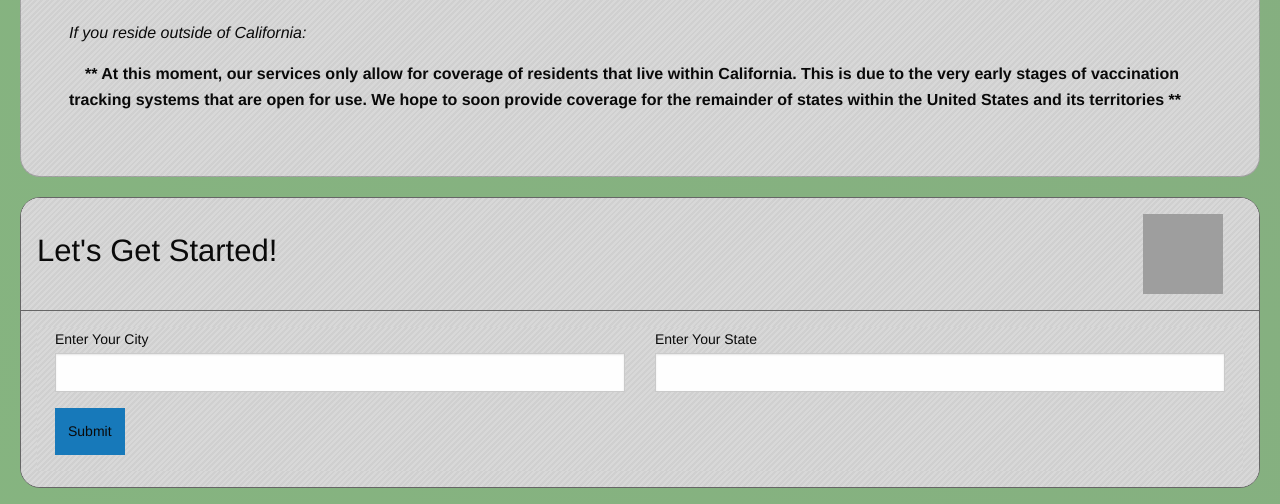
Repository: seddboi/Save-A-Shot
Page: index.html
The author's editor kept a copy of each file at every save. The page is drawn from the files as they stood at one save, then again after the next save.
The browser window is 1280 px wide. The pictures show the part of the page from y = 1208 to 1714 px (the page is 1712 px tall before and 1714 px after).
Pictures or frames that could not be fetched are drawn as grey boxes. A picture or video elsewhere on the page could not be fetched, so the positions and the page height are approximate. The page's requests for data from a server got no answer. Some web libraries are served in a nearby version.

Above is the page before, as saved 2021-03-19 19:33:14.

### index.html
<!DOCTYPE html>
<html lang="en">
  <head>
    <meta charset="UTF-8" />
    <meta name="viewport" content="width=device-width, initial-scale=1.0" />
    <meta http-equiv="X-UA-Compatible" content="ie=edge" />

    <link rel="stylesheet" href="https://pro.fontawesome.com/releases/v5.10.0/css/all.css"
    integrity="sha384-AYmEC3Yw5cVb3ZcuHtOA93w35dYTsvhLPVnYs9eStHfGJvOvKxVfELGroGkvsg+p"
    crossorigin="anonymous"
    />

    <link rel="stylesheet" href="https://cdn.jsdelivr.net/npm/foundation-sites@6.6.3/dist/css/foundation.min.css"
    integrity="sha256-ogmFxjqiTMnZhxCqVmcqTvjfe1Y/ec4WaRj/aQPvn+I="
    crossorigin="anonymous">

    <link rel="stylesheet" href="./assets/css/style.css" />
    <title>Save-A-Shot</title>
  </head>

  <body>
    <div class="top-bar">
      <div class="top-bar-left">
        <h5 class="menu-text"><strong>Save-A-Shot</strong></h5>
      </div>
      <div class="top-bar-right">
        <ul class="menu" id='menu'>
          <li><a href="#mission">About</a></li>
          <li><a href=#services>Services</a></li>
          <li><a href="#start-form">Get Started</a></li>
        </ul>
      </div>
    </div>

    <div class="main-title">
      <div class="main-title-text">
          <h1>Welcome to <br /><strong>Save-A-Shot</strong></h1>
      </div>
    </div>


    <div id ='mission' class="callout grid-x primary clearfix ">
      <div class='grid-x grid-padding-x align-spaced align-middle'>
        <div class='cell small-6'>
          <h3>Our Mission</h3>
          <p>&emsp;As the pandemic continues to spread wildly around us, we have all had to face the stress and uncertainty of how our safety and health could result in the end. So with Save-A-Shot, we wanted to create a universal mapping program that could assist in keeping you safe from the Coronavirus 2019. With the vaccine still being relatively new, there is much uncertainty and confusion of how and where you could get the vaccine. Whether it be for yourself or your loved ones, Save-A-Shot was made out to create a universal guide to locating and scheduling vaccination appointments, at the simple click of a button.</p>
        </div>
        <img id='get-vaccinated-gif' src="https://media.giphy.com/media/FO8CZ01HoTCA5ahQQq/giphy.gif">
      </div>
    </div>

    <div id='services' class="callout large primary">
      <div id='top-section-services' class='grid-x align-justify align-middle'>
        <img id='multi-vax-gif' class='large-order-1 medium-order-1 small-order-2' src='https://media.giphy.com/media/eCYMDIvccUYqNjTXHr/giphy.gif'>
        <div class='cell small-6 large-order-2 medium-order-2 small-order-1 grid-y'>
          <h3>How We Can Help</h3>
          <p><em>If you reside within California:</em>
            <ul>
              <li>We provide information on how widespread the virus is in your area</li>
              <li>We present a localized map of nearby clinics/hospitals/pharmacies that provide COVID 19 vaccination services</li>
              <li>We also provide the ability to follow another link to schedule a vaccination appointment (where availability and accessibility allows)</li>
            </ul>
          </p>
        </div>
      </div>
      <p><em>If you reside outside of California:</em>
        <p>&emsp;<strong>** At this moment, our services only allow for coverage of residents that live within California. This is due to the very early stages of vaccination tracking systems that are open for use. We hope to soon provide coverage for the remainder of states within the United States and its territories **</strong></p>
      </p>
    </div>

    <div id='bottom-form' class="card grid-x" >
      <div id='card-divider'class="card-divider align-justify align-middle">
        <h3 id='start-form'>Let's Get Started!</h3>
        <img id='virus-gif' src="https://media.giphy.com/media/GWW6OQgQyJLHB0rkx3/giphy.gif">
      </div>
      <div class="card-section" id='card-section'>
        <form id='form'>
          <div class="grid-container">
            <div class="grid-x grid-padding-x">
              <div class="medium-6 cell">
                <label>Enter Your City
                  <input id ='city' type="text" >
                </label>
              </div>
              <div class="medium-6 cell">
                <label>Enter Your State
                  <input id='state' type="text" >
                </label>
              </div>
            </div>
            <button type='button' class='button small'>
              <a href='results.html'><label>Submit</label></a>
            </button>
          </div>

          <!-- or ...

          <div class='grid-container'>
            <div class='grid-x grid-padding-x'>
              <label>
                Enter Your Zip Code
                <input id='zipcode' class='cell medium-6' type="number" >
              </label>
            </div>
            <button href='results.html' type='button' class='button'>
              <a href='results.html'><label>Submit</label></a>
            </button>
          </div> -->
        </form>
      </div>
    </div>



    <script src="https://cdnjs.cloudflare.com/ajax/libs/jquery/3.2.1/jquery.min.js"></script>
    <script src='./assets/js/scheduler.js'></script>
  </body>

### assets/css/style.css
* {
    box-sizing: border-box;
}

/*  Animated Gradient Background created with https://www.gradient-animator.com */
body {
    background: linear-gradient(233deg, #404046, #6f7a6c, #84a480, #86b880);
    background-size: 800% 800%;

    -webkit-animation: dark-gradient 10s ease infinite;
    -moz-animation: dark-gradient 10s ease infinite;
    animation: dark-gradient 10s ease infinite;
}

@-webkit-keyframes dark-gradient {
    0%{background-position:86% 0%}
    50%{background-position:15% 100%}
    100%{background-position:86% 0%}
}
@-moz-keyframes dark-gradient {
    0%{background-position:86% 0%}
    50%{background-position:15% 100%}
    100%{background-position:86% 0%}
}
@keyframes dark-gradient {
    0%{background-position:86% 0%}
    50%{background-position:15% 100%}
    100%{background-position:86% 0%}
}

.top-bar {
    background-color: #f0a647;
    border: 5px outset rgb(128, 128, 128);
    border-radius: 10px;;
    margin: 5px;
}

#menu {
    background-color: #f0a647;
}

.main-title {
    background: url("https://cdn.the-scientist.com/assets/articleNo/68059/hImg/40017/istock-1215208129-banner-l.png") 50% no-repeat;
    background-size: cover;
    height: 50vh;
    border-radius: 10px;
    margin-left: 20px;
    margin-right: 20px;
    margin-top: 20px;
    text-align: center;
    display: -webkit-flex;
    display: -ms-flexbox;
    display: flex;
    -webkit-align-items: center;
        -ms-flex-align: center;
            align-items: center;
    -webkit-justify-content: center;
        -ms-flex-pack: center;
            justify-content: center;
}

#bottom-form {
    background-image: repeating-linear-gradient(315deg, rgba(134,134,134, 0.1) 0px, rgba(134,134,134, 0.1) 2px,transparent 2px, transparent 4px),linear-gradient(270deg, rgb(216,216,216),rgb(216,216,216));    border: 1px solid#666;
    margin-left: 20px;
    margin-right: 20px;
    margin-top: 20px;
    border-radius: 20px;
}

#card-divider {
    border-bottom: 1px solid #666;
}

#card-divider {
    background-image: repeating-linear-gradient(315deg, rgba(134,134,134, 0.1) 0px, rgba(134,134,134, 0.1) 2px,transparent 2px, transparent 4px),linear-gradient(270deg, rgb(216,216,216),rgb(216,216,216));
}

.main-title-text {
    color: #fefefe;
    text-shadow: 3px 3px 7px #0a0a0a;
}

#mission {
    margin-left: 20px;
    margin-right: 20px;
    margin-top: 20px;
    border-radius: 20px;
    background-image: repeating-linear-gradient(315deg, rgba(134,134,134, 0.1) 0px, rgba(134,134,134, 0.1) 2px,transparent 2px, transparent 4px),linear-gradient(270deg, rgb(216,216,216),rgb(216,216,216));
}

#get-vaccinated-gif {
    width: 300px;
    height: auto;
    border: 1px solid#666;
    border-radius: 7px;
}

#services {
    margin-left: 20px;
    margin-right: 20px;
    margin-top: 20px;
    border-radius: 20px;
    background-image: repeating-linear-gradient(315deg, rgba(134,134,134, 0.1) 0px, rgba(134,134,134, 0.1) 2px,transparent 2px, transparent 4px),linear-gradient(270deg, rgb(216,216,216),rgb(216,216,216));
}

#top-section-services {
    margin-bottom: 40px;
}

#multi-vax-gif {
    width: 40%;
    height: 40%;
    border: 1px solid#666;
    border-radius: 7px;
}

#card-section {
    background-image: repeating-linear-gradient(315deg, rgba(134,134,134, 0.1) 0px, rgba(134,134,134, 0.1) 2px,transparent 2px, transparent 4px),linear-gradient(270deg, rgb(216,216,216),rgb(216,216,216));
}

#form {
    background-image: repeating-linear-gradient(315deg, rgba(134,134,134, 0.1) 0px, rgba(134,134,134, 0.1) 2px,transparent 2px, transparent 4px),linear-gradient(270deg, rgb(216,216,216),rgb(216,216,216));
}

#virus-gif {
    width: 80px;
    height: 80px;
    margin-right: 20px;
}

### assets/js/scheduler.js
// This is our Javascript:

var website = "https://api.vaccinateca.com/v1/locations.json"
var zip = 92101;

var dataSet = function(url){
    fetch(url).then(function(response){
        if(response.ok){
            response.json().then(data => {
                console.log(data)
                var count = 0;

                for(var i = 0; i < data.content.length; i++){
                    count++;
                    var address = data.content[i].Address;

                    if("Availability Info" in data.content[i]){
                        var available = data.content[i]["Availability Info"][0];
                        if(available.includes("Yes")){
                            getLocations(zip, address);
                        }
                    }
                    else{
                        continue;
                    }
                }
            })
        }
        else{
            console.log("error: " + response.statusText)
        }
    })
}

function getLocations(zipCode, address){
    try{
        if(address.includes(zipCode)){//might need a function next here.
            console.log(address)
        }
    }catch{
        // need to add something since it returns undefined and might cause a problem later.
        console.log("Error")
    }
}

dataSet(website);

// Starting from here the maps api section is here.
// keep this for now this is using google maps and for the map on the website
// maybe use open street map instead

// var script = document.createElement("script");
// var mapArea = document.createElement("div");
// var key = "AIzaSyAA56LyLz0Je0lF6xwbl9DLhzuI_QOurJM"
// var mapsite = "https://maps.googleapis.com/maps/api/js?key=" + key + "&callback=initMap&libraries=&v=weekly"

// mapArea.id = "map";
// mapArea.style.height = "100%";
// script.src = mapsite;

// document.body.insertBefore(mapArea, document.body.firstChild)
// document.body.appendChild(script);

// let map;

// function initMap() {
//   map = new maps.Map(mapArea, {
//     center: { lat: -34.397, lng: 150.644 },
//     zoom: 8,
//   });
// }

// initMap();

After the next save:
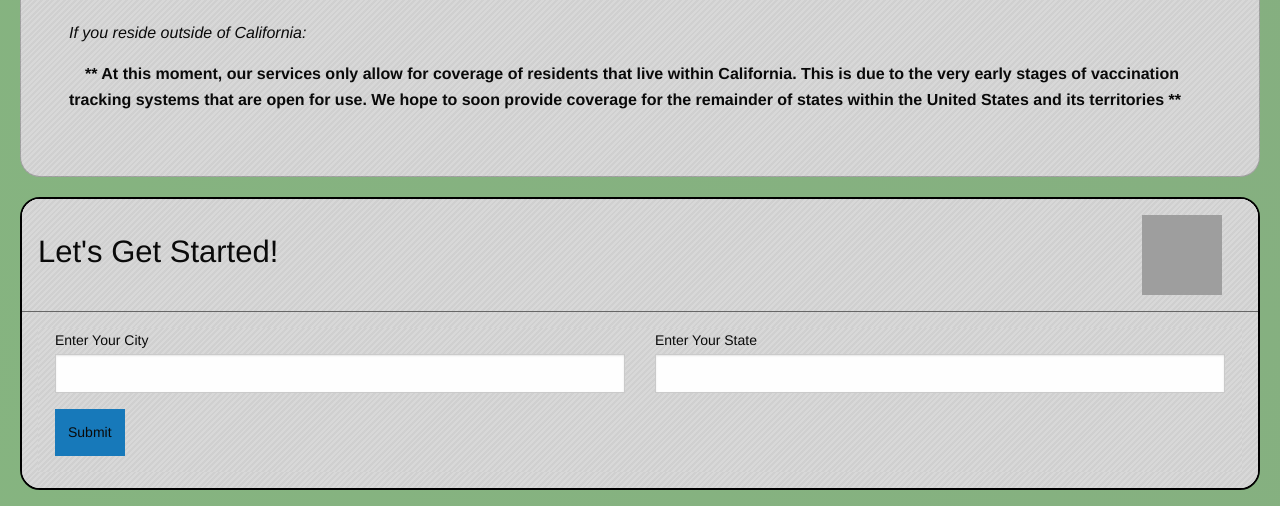
Saved 80 s later.
--- a/assets/css/style.css
+++ b/assets/css/style.css
@@ -64,6 +64,7 @@ body {
     margin-left: 20px;
     margin-right: 20px;
     margin-top: 20px;
+    border: 2px double #000000 ;
     border-radius: 20px;
 }
 
